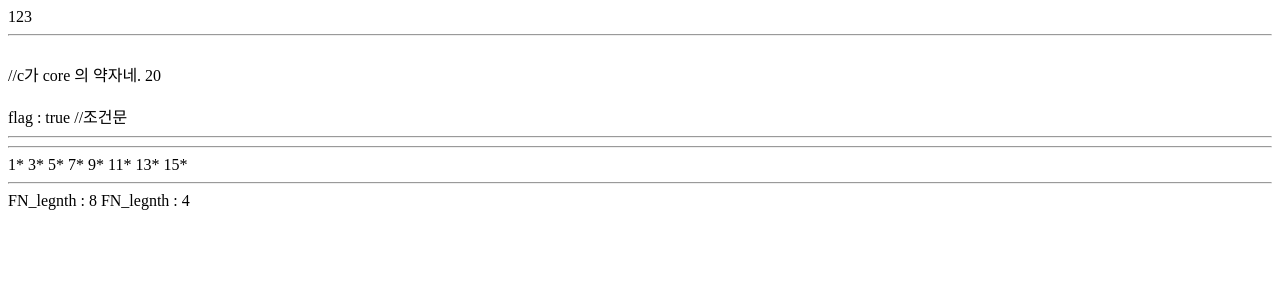
Repository: GotChun/DH_JSP
Page: http://localhost/01_JSP/C08/02JSTL/01.jsp
These files come from the project's save history. The page is drawn as it stood at one moment and after the next save; the edit follows.
The browser window is 1280 px wide. The pictures show the whole page.
The page is served by Tomcat 9.

Above is the page before, as saved 2024-10-24 01:30:41.

After the next save:
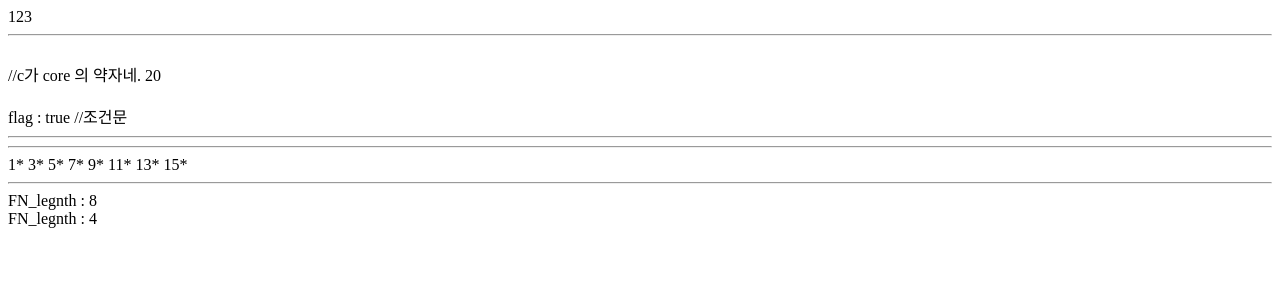
Saved 5 s later.
--- a/01_JSP/src/main/webapp/C08/02JSTL/01.jsp
+++ b/01_JSP/src/main/webapp/C08/02JSTL/01.jsp
@@ -73,7 +73,7 @@
 %>
 
 <c:set var="str1" value="TEST1234"/>
-FN_legnth : ${fn:length(str1) }
+FN_legnth : ${fn:length(str1) }<br>
 FN_legnth : ${fn:length(listTest) }
 
 
